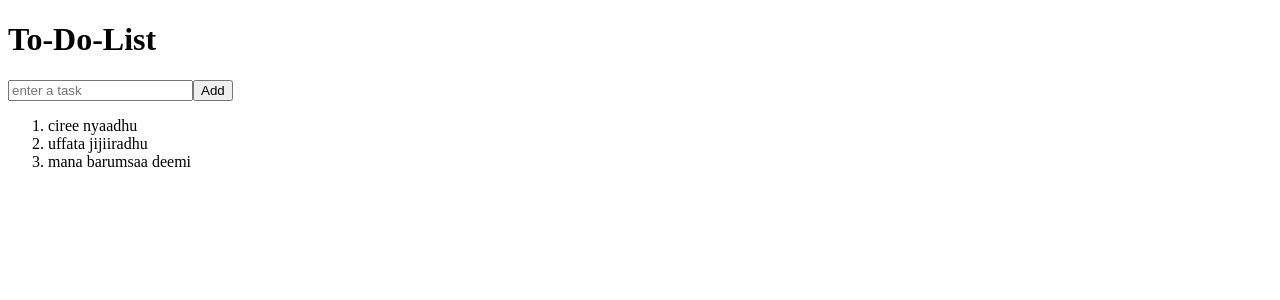
Repository: wakoya-tech/to-do-list-app
Page: /
These files come from the project's save history. The page is drawn as it stood at one moment and after the next save; the edit follows.
The browser window is 1280 px wide. The pictures show the whole page.
The project was rebuilt for these pictures with package versions that can differ from the ones it lists, and the page was loaded fresh each time. Also part of the build but not shown: vite.config.js, src/App.css, src/index.css.

Above is the page before, as saved 2025-10-16 15:35:15.

### src/App.jsx
import { useState } from 'react'
import './App.css'
import ToDoList from './ToDoList.jsx'
function App() {
 return(<>

 <ToDoList/>
 </>)
}

export default App

### src/ToDoList.jsx
import React,{useState} from 'react'

function ToDoList() {
    const [tasks,setTasks]=useState(["ciree nyaadhu","uffata jijiiradhu","mana barumsaa deemi"])
    const [newTask,setNewTask]=useState("");
    function handleInputChange(e){
      setNewTask(e.target.value)
    }
    function addTask(){

    }
    function deleteTask(index){

    }
    function moveTaskUp(index){

    }
    function moveTaskDown(index){

    }
  return (
    <div className='to-do-list'>
<h1>To-Do-List</h1>
<div>
    <input type="text" placeholder='enter a task'
    value={newTask} onChange={handleInputChange}/>
 <button className='add-button' onClick={addTask}>Add </button>
</div>
<ol>
    {tasks.map((task,index)=><li key={index}>
    <span className='text'>
        {task}
    </span>
    </li>)}
</ol>
    </div>
  )
}

export default ToDoList

Loaded but not shown: index.html (common file); src/main.jsx (common file)

After the next save:
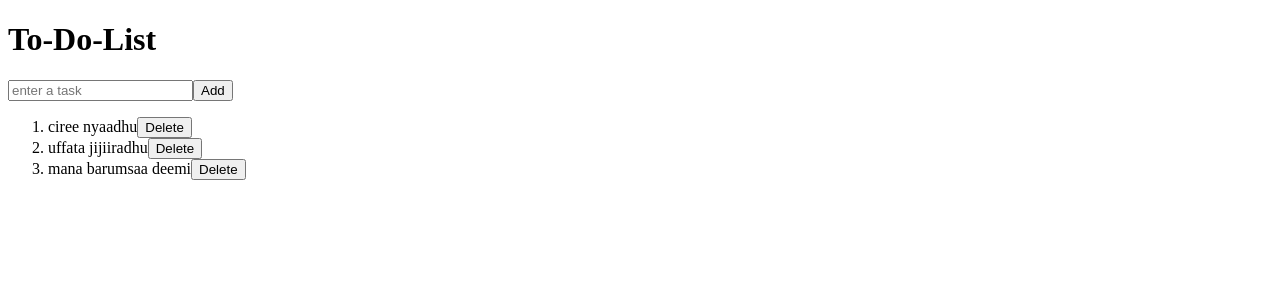
Saved 7 min 33 s later.
--- a/src/ToDoList.jsx
+++ b/src/ToDoList.jsx
@@ -30,6 +30,7 @@ function ToDoList() {
     {tasks.map((task,index)=><li key={index}>
     <span className='text'>
         {task}
+    <button className='delete-button'>Delete</button>
     </span>
     </li>)}
 </ol>
